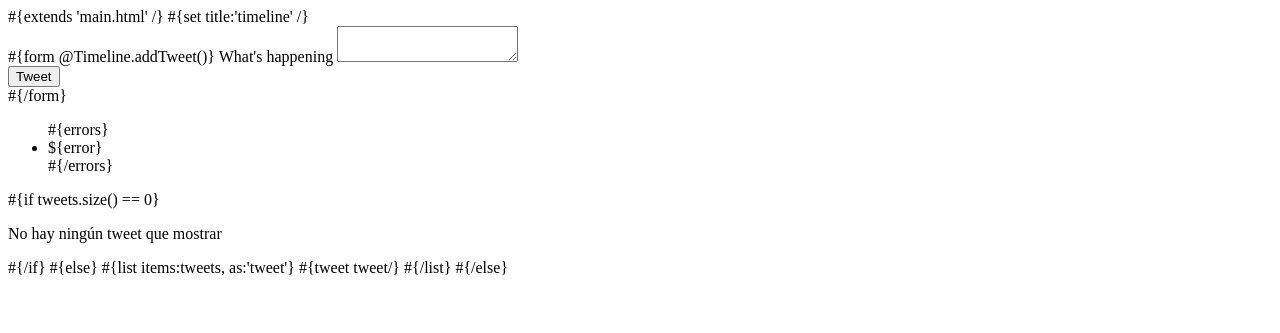
Repository: axelhzf/play-tlp
Page: twitter/app/views/Timeline/index.html
The author's editor kept a copy of each file at every save. The page is drawn from the files as they stood at one save, then again after the next save.
The browser window is 1280 px wide. The pictures show the whole page.

Above is the page before, as saved 2011-07-17 10:49:16.

### twitter/app/views/Timeline/index.html
#{extends 'main.html' /}
#{set title:'timeline' /}

	<div class="happening">
	#{form @Timeline.addTweet()}
		<label>What's happening</label>
		<textarea name="tweet.msg"> </textarea>
		<div class="button_container">
			<input type="submit" value="Tweet">
		</div>
	#{/form}
	</div>

<ul>
#{errors}
    <li>${error}</li>
#{/errors}
</ul>

#{if tweets.size() == 0}
    <p>No hay ningún tweet que mostrar</p>
#{/if}
#{else}
    #{list items:tweets, as:'tweet'}
		#{tweet tweet/}
    #{/list}
#{/else}

After the next save:
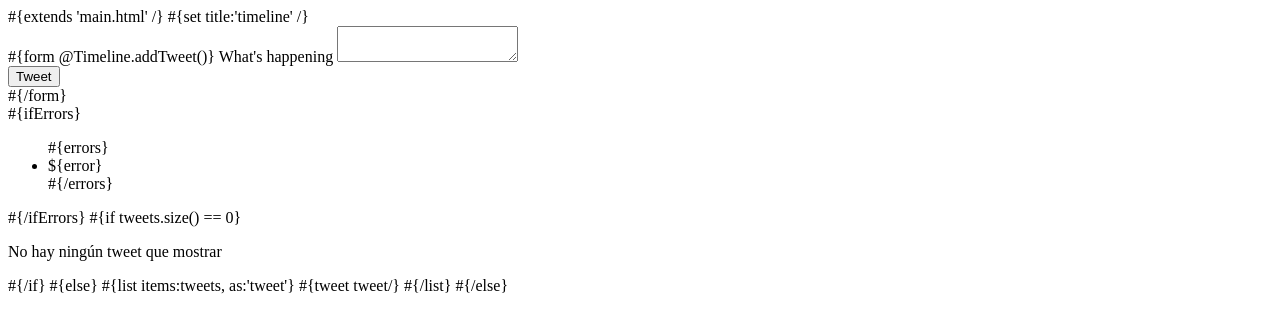
Saved 32 s later.
--- a/twitter/app/views/Timeline/index.html
+++ b/twitter/app/views/Timeline/index.html
@@ -11,11 +11,13 @@
 	#{/form}
 	</div>
 
-<ul>
+#{ifErrors}
+<ul class="errors">
 #{errors}
     <li>${error}</li>
 #{/errors}
 </ul>
+#{/ifErrors}
 
 #{if tweets.size() == 0}
     <p>No hay ningún tweet que mostrar</p>
